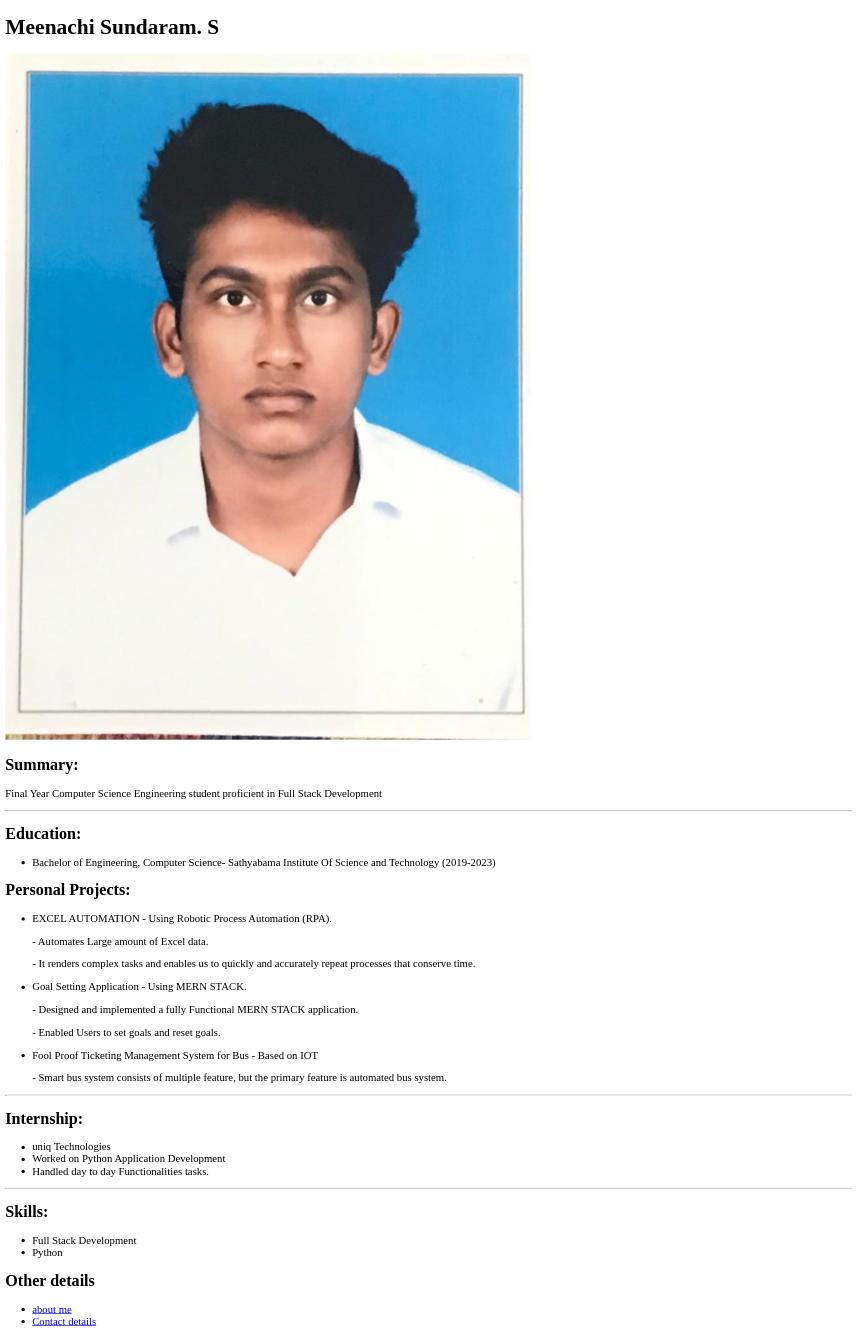
Repository: MeenachiSUNDARAM7/web-dev-projects
Page: resume page/index.html
An editor plug-in stored every save of this project. The page is shown before and after the next save, followed by the edit.
The browser window is 1280 px wide. The pictures show the whole page, at 67% of full size.

Above is the page before, as saved 2023-07-05 19:47:28.

After the next save:
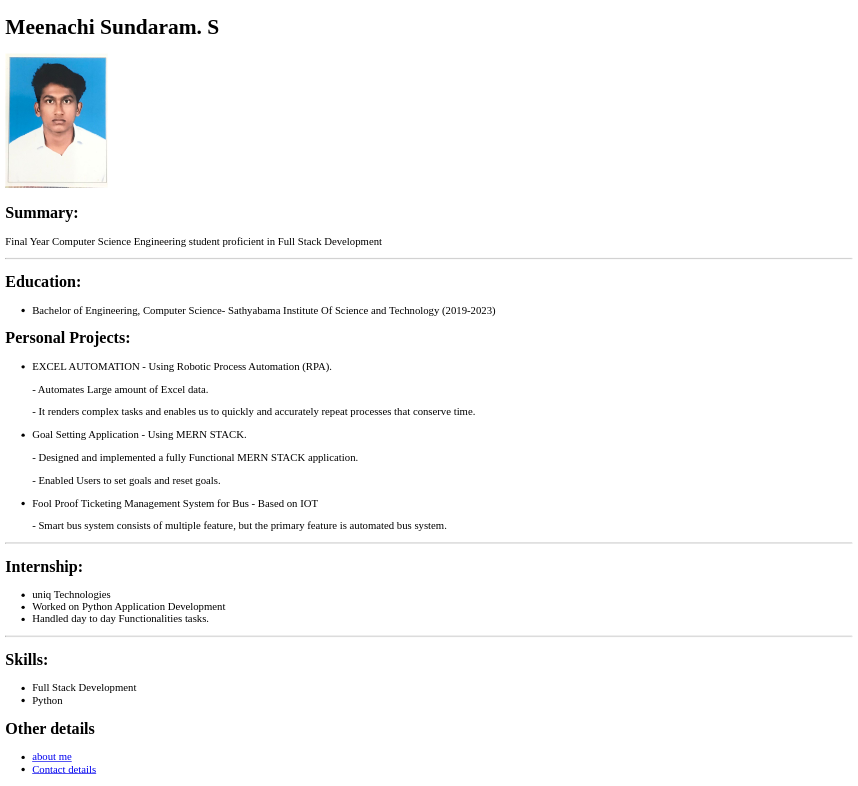
Saved 93 s later.
--- a/resume page/index.html
+++ b/resume page/index.html
@@ -6,7 +6,7 @@
 </head>
 <body>
     <h1>Meenachi Sundaram. S</h1>
-    <img src="./Resumepic.jpeg" alt="profile photo"/>
+    <img src="./Resumepic.jpeg" height="200" alt="profile photo"/>
     <h2>Summary:</h2>
     <p>Final Year Computer Science Engineering student proficient in Full Stack Development</p>
     <hr />
